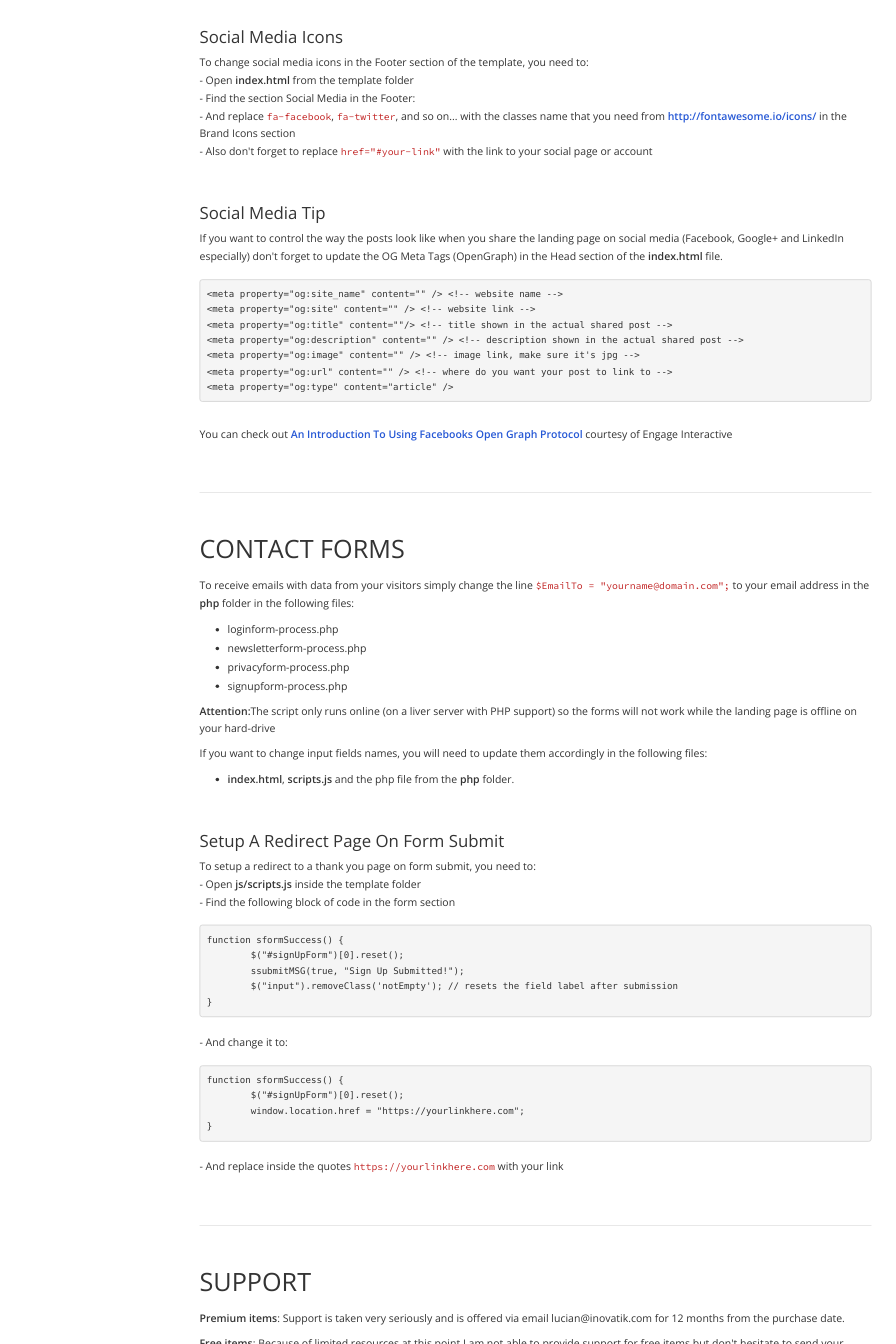
Repository: sibina-sto/tivo
Page: public/documentation/index.html
These files come from the project's save history. The page is drawn as it stood at one moment and after the next save; the edit follows.
The browser window is 1280 px wide. The pictures show the part of the page from y = 4580 to 6500 px (the page is 6663 px tall before and 6650 px after), at 70% of full size.

Above is the page before, as saved 2023-04-29 20:41:44.

After the next save:
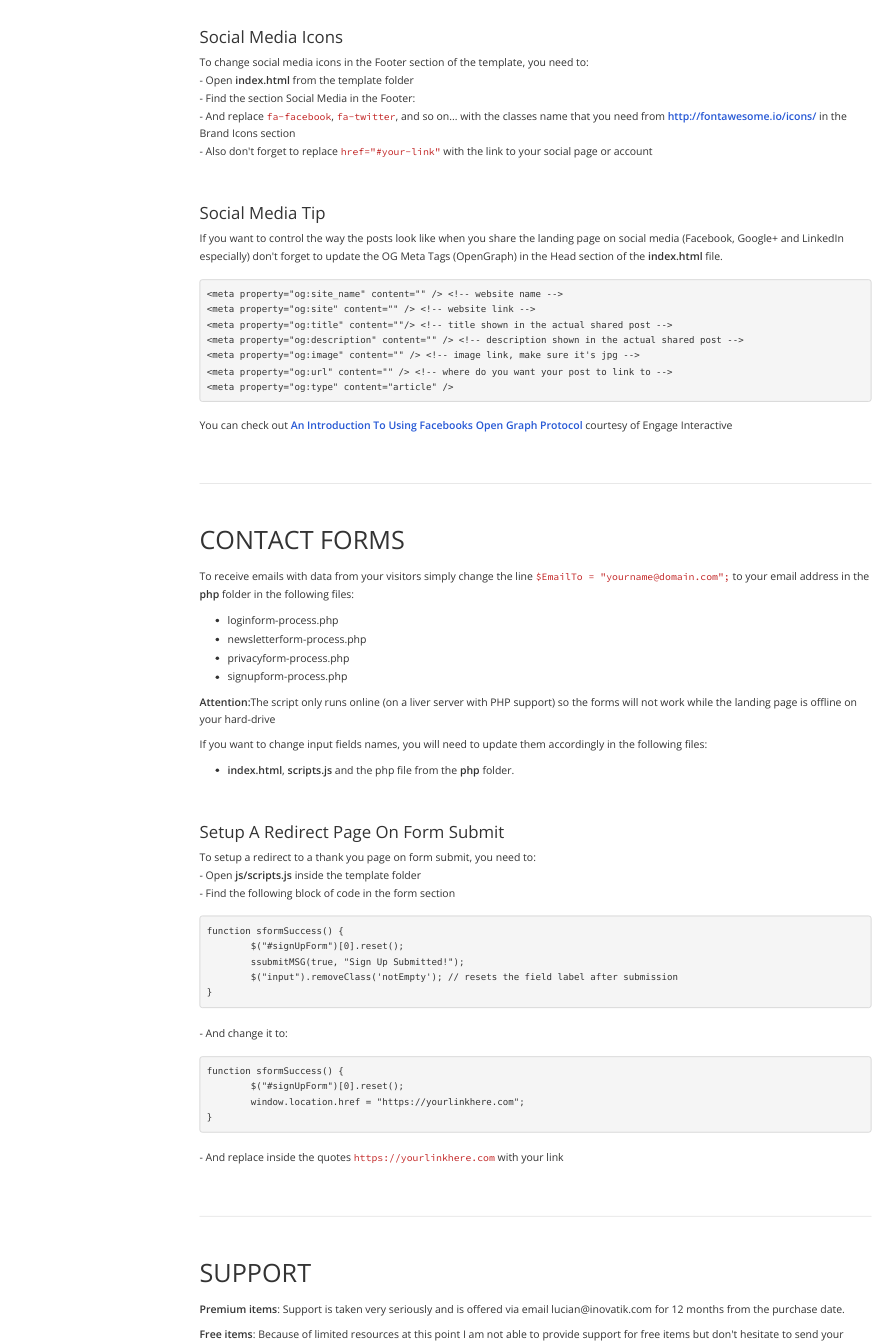
Saved 4 s later.
--- a/public/documentation/index.html
+++ b/public/documentation/index.html
@@ -243,7 +243,7 @@ var textSlider = new Swiper('.text-slider', {
 &lt;meta property="og:url" content="" /&gt; &lt;!-- where do you want your post to link to --&gt;
 &lt;meta property="og:type" content="article" /&gt;
 </pre>
-						<p> </p><br>You can check out <a href="http://engageinteractive.co.uk/blog/an-introduction-to-using-facebooks-open-graph-protocol">An Introduction To Using Facebooks Open Graph Protocol</a> courtesy of Engage Interactive</p>
+						<p><br>You can check out <a href="http://engageinteractive.co.uk/blog/an-introduction-to-using-facebooks-open-graph-protocol">An Introduction To Using Facebooks Open Graph Protocol</a> courtesy of Engage Interactive</p>
                     </div> <!-- end of icons -->
 
 
